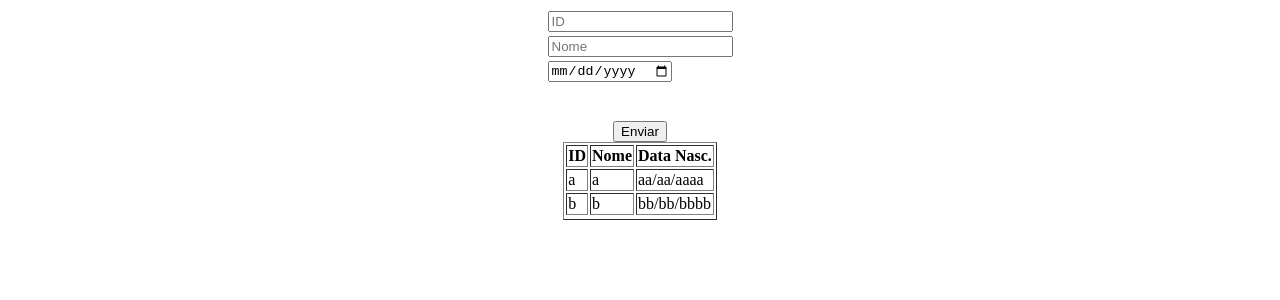
Repository: Frm2003/Laboratorio-de-Banco-de-Dados
Page: ExemploHTML/src/main/webapp/index.html
An editor plug-in stored every save of this project. The page is shown before and after the next save, followed by the edit.
The browser window is 1280 px wide. The pictures show the whole page.

Above is the page before, as saved 2023-08-08 13:01:09.

After the next save:
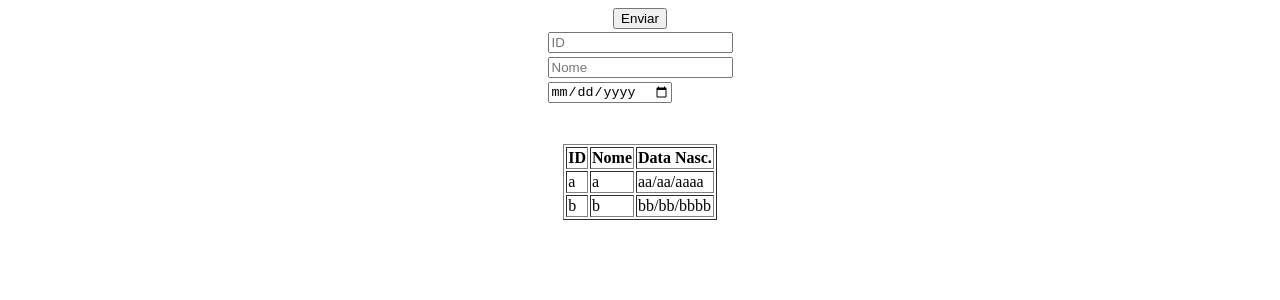
Saved 94 s later.
--- a/ExemploHTML/src/main/webapp/index.html
+++ b/ExemploHTML/src/main/webapp/index.html
@@ -23,6 +23,9 @@
 				<td>
 					<input type="date" id="dataNasc" name="dataNasc" required="required">
 				</td>
+			</tr>
+			<tr>
+				<input type="submit" id="enviar" name="enviar" value="Enviar">
 			</tr>
 		</table>
 	</div>
@@ -51,9 +54,6 @@
 						<td>b</td>
 						<td>bb/bb/bbbb</td>
 					</tr>
-					<tr>
-						<input type="submit" id="enviar" name="enviar" value="Enviar">
-					</tr>
 				</tbody>
 			</table>
 		</form>
